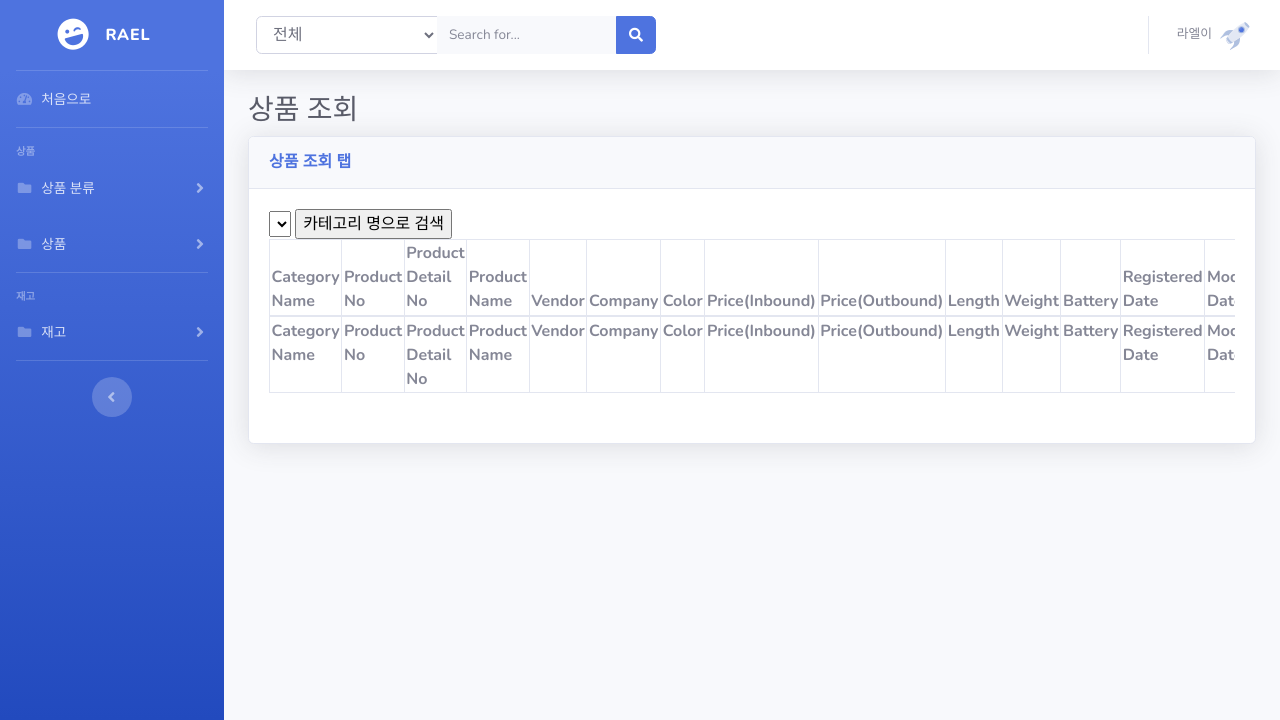
Repository: sww232/springRaelProject
Page: http://localhost/rael/WEB-INF/views/product/all_select.jsp
The author's editor kept a copy of each file at every save. The page is drawn from the files as they stood at one save, then again after the next save.
The browser window is 1280 px wide. The pictures show the whole page.
The page is served by Tomcat 9. Nobody is signed in. The template is opened directly, without the code that normally fills it, so the values that code supplies are empty.

Above is the page before, as saved 2022-10-13 03:02:16.
Console error: TypeError: Cannot read properties of undefined (reading 'defaults')

After the next save:
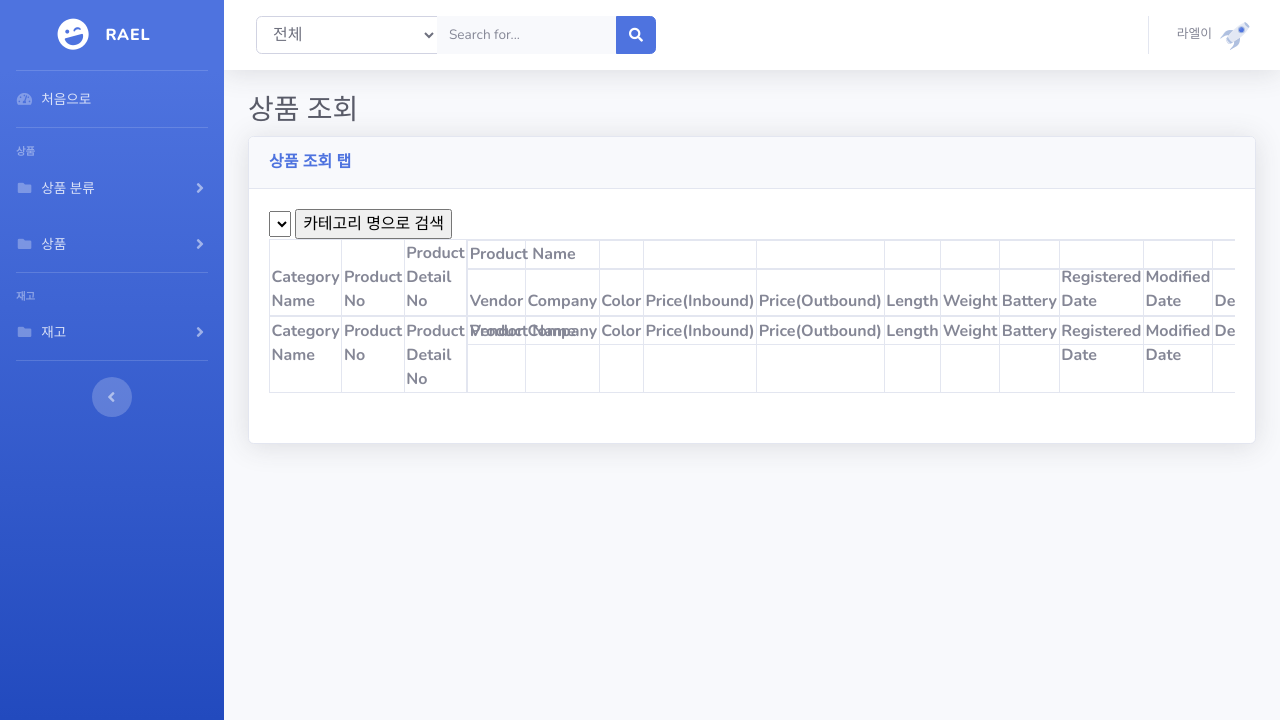
Saved 33 s later.
--- a/raelproject3/rael/src/main/webapp/WEB-INF/views/product/all_select.jsp
+++ b/raelproject3/rael/src/main/webapp/WEB-INF/views/product/all_select.jsp
@@ -295,7 +295,7 @@
 														<th>Category Name</th>
 														<th>Product No</th>
 														<th>Product Detail No</th>
-														<th>Product Name</th>
+														<th style="width:100%; position : absolute">Product Name</th>
 														<th>Vendor</th>
 														<th>Company</th>
 														<th>Color</th>
@@ -314,7 +314,7 @@
 														<th>Category Name</th>
 														<th>Product No</th>
 														<th>Product Detail No</th>
-														<th>Product Name</th>
+														<th style="width:100%; position : absolute">Product Name</th>
 														<th>Vendor</th>
 														<th>Company</th>
 														<th>Color</th>

After the 2 saves that followed:
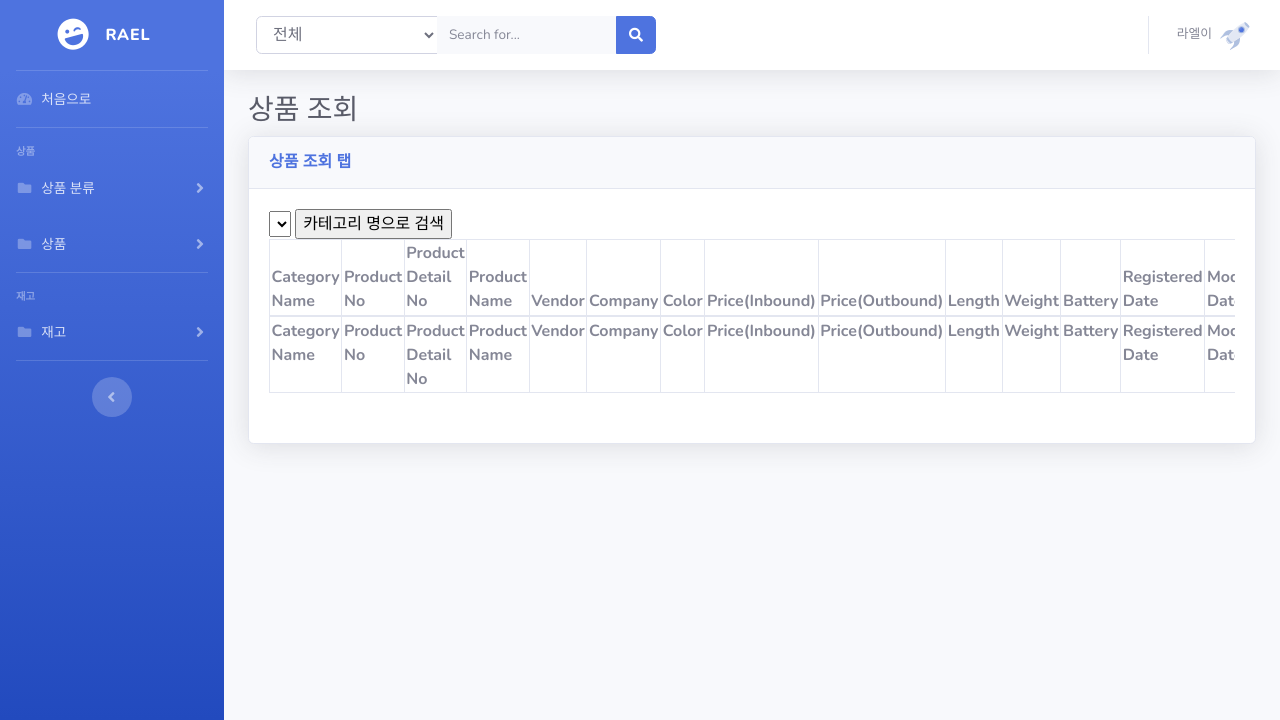
The 2 saves are shown as one change because they came seconds apart.
The last was saved 58 s later.
--- a/raelproject3/rael/src/main/webapp/WEB-INF/views/product/all_select.jsp
+++ b/raelproject3/rael/src/main/webapp/WEB-INF/views/product/all_select.jsp
@@ -295,7 +295,7 @@
 														<th>Category Name</th>
 														<th>Product No</th>
 														<th>Product Detail No</th>
-														<th style="width:100%; position : absolute">Product Name</th>
+														<th style="width:100%;">Product Name</th>
 														<th>Vendor</th>
 														<th>Company</th>
 														<th>Color</th>
@@ -314,7 +314,7 @@
 														<th>Category Name</th>
 														<th>Product No</th>
 														<th>Product Detail No</th>
-														<th style="width:100%; position : absolute">Product Name</th>
+														<th style="width:100%;">Product Name</th>
 														<th>Vendor</th>
 														<th>Company</th>
 														<th>Color</th>
